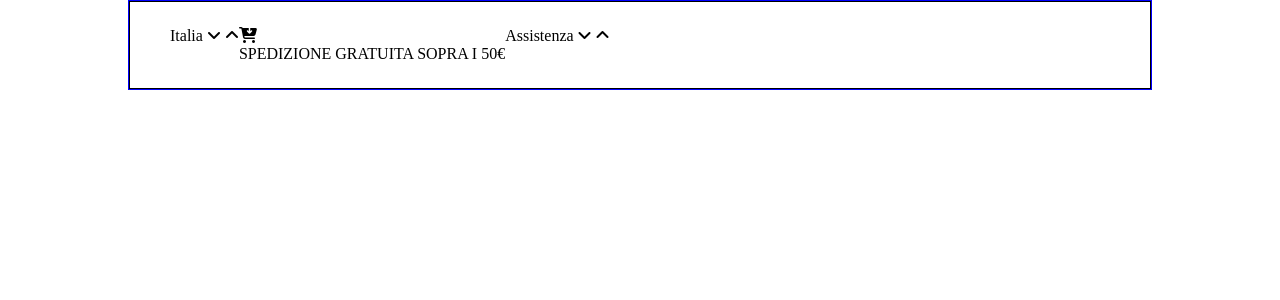
Repository: jacoporm1989/studioFlexbox
Page: FLEXBOX/header+navbar+hero1/index.html
These files come from the project's save history. The page is drawn as it stood at one moment and after the next save; the edit follows.
The browser window is 1280 px wide. The pictures show the whole page.

Above is the page before, as saved 2026-06-15 15:50:08.

After the next save:
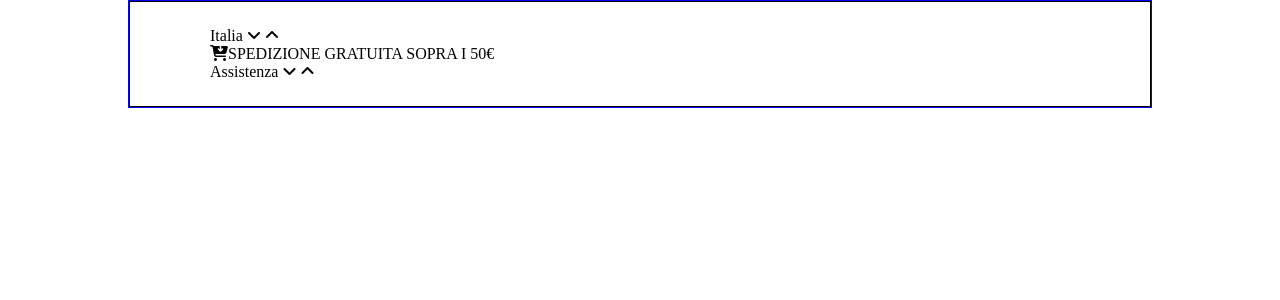
Saved 39 s later.
--- a/FLEXBOX/header+navbar+hero1/style.css
+++ b/FLEXBOX/header+navbar+hero1/style.css
@@ -29,7 +29,7 @@
     padding: 25px 40px;
 }
 
-.menu-sopra  ul{
+.menu-sopra  ul li{
     display:flex;
     flex-direction: row;
     justify-content: space-between;

After the save that followed:
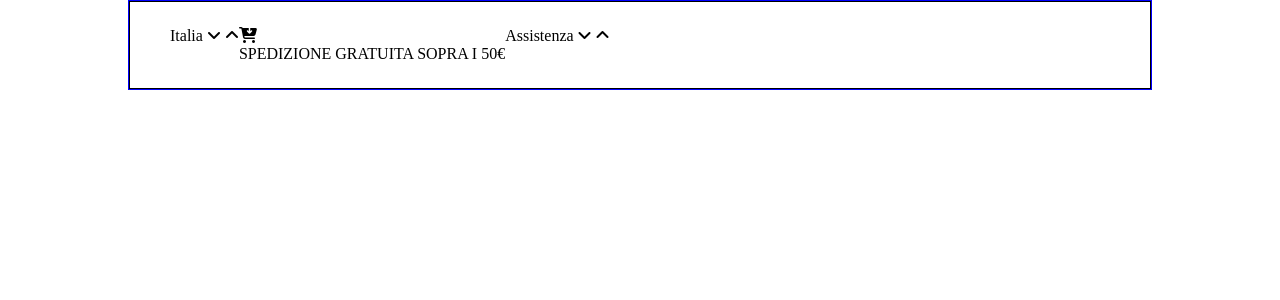
Saved 12 s later.
--- a/FLEXBOX/header+navbar+hero1/style.css
+++ b/FLEXBOX/header+navbar+hero1/style.css
@@ -29,7 +29,7 @@
     padding: 25px 40px;
 }
 
-.menu-sopra  ul li{
+.menu-sopra  ul {
     display:flex;
     flex-direction: row;
     justify-content: space-between;
